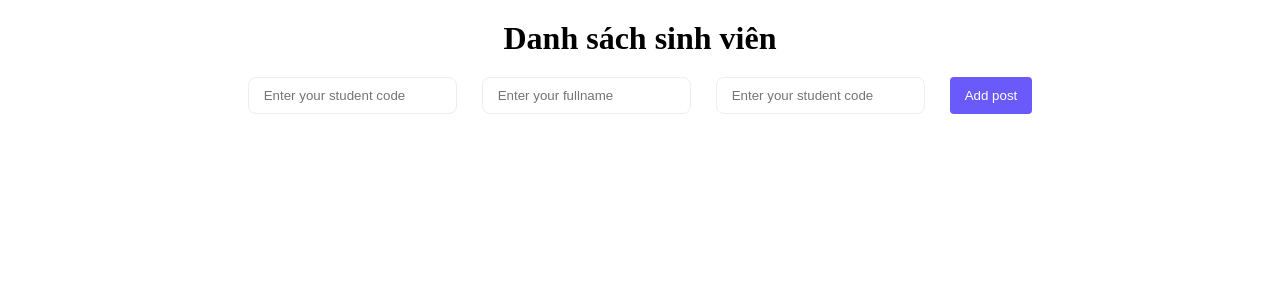
Repository: doquang195/demo-api
Page: indext.html
The author's editor kept a copy of each file at every save. The page is drawn from the files as they stood at one save, then again after the next save.
The browser window is 1280 px wide. The pictures show the whole page.

Above is the page before, as saved 2023-10-04 21:46:04.

After the next save:
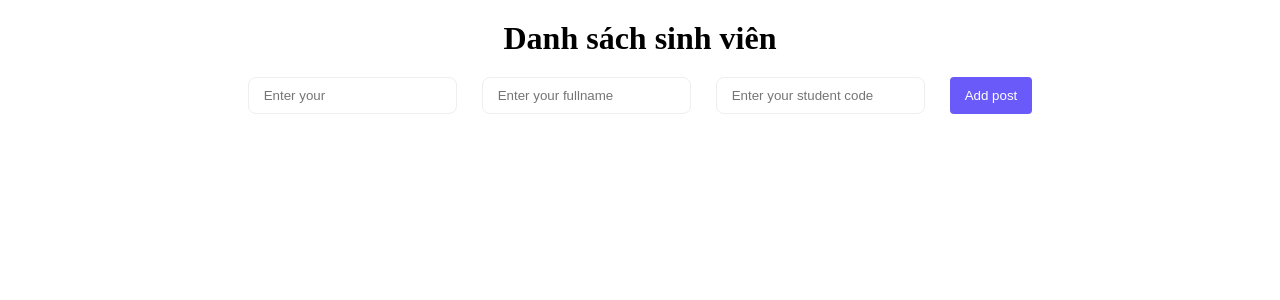
Saved 5 s later.
--- a/indext.html
+++ b/indext.html
@@ -16,7 +16,7 @@
             <input
                 type="text"
                 name="image"
-                placeholder="Enter your student code"
+                placeholder="Enter your "
             />
             <input type="text" name="name" placeholder="Enter your fullname" />
             <input
